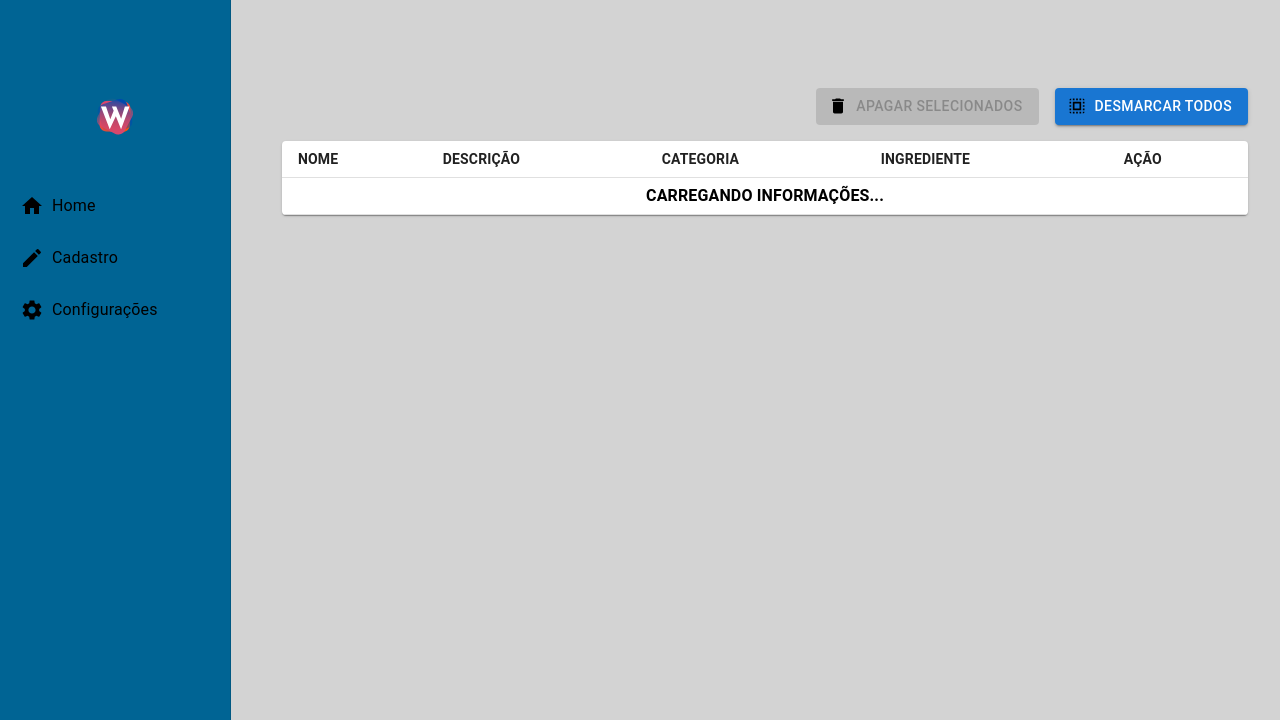
Repository: oZanella/projeto_windel_web_CRM
Page: /
The author's editor kept a copy of each file at every save. The page is drawn from the files as they stood at one save, then again after the next save.
The browser window is 1280 px wide. The pictures show the whole page.
The page's requests for data from a server got no answer. The project was rebuilt for these pictures with package versions that can differ from the ones it lists, and the page was loaded fresh each time. No one was signed in, and anything a server would have sent is missing. Also part of the build but not shown: vite.config.js, src/routes/Configuracoes.jsx. Imported but missing from the stored project, and not drawn on this page: src/routes/Cadastro.jsx.

Above is the page before, as saved 2024-08-19 09:17:23.

### index.html
<!doctype html>
<html lang="en">

<head>
  <meta charset="UTF-8" />
  <link rel="icon" type="image/svg+xml" href="./src/image/LogoWindel.svg" />
  <link rel="stylesheet" href="src/style/GlobalStyles.css" />
  <link href="https://fonts.googleapis.com/css2?family=Playfair+Display&display=swap" rel="stylesheet">

  <meta name="viewport" content="width=device-width, initial-scale=1.0" />
  <title>Projeto Teste - CRM </title>
</head>

<body>
  <div id="root"></div>
  <script type="module" src="/src/main.jsx"></script>
</body>

</html>

### src/style/GlobalStyles.css
:root {
  --click: #7fa8c4;
  --primary: #E8F1F2;
  --darkblue: #13293D;
  --secondary: #000000;
  --ligthblue: #1b98e0;
  --animation: #006494;
  --ligthkgrey: #D3D3D3;
  --blueceledron: #247ba0;
  --delete: #FF0000;
}

* {
    color: var(--secondary);
}

body {
  background-color: var(--ligthkgrey);
}

### src/main.jsx
import { createBrowserRouter, RouterProvider, Navigate } from "react-router-dom"
import { createRoot } from 'react-dom/client'
import { StrictMode } from 'react'
import { App } from './App.jsx'

import './style/GlobalStyles.css'

//páginas do projeto
import { Cadastro } from './routes/Cadastro.jsx'
import { Home } from './routes/Home.jsx'
import { Configuracoes } from './routes/configuracoes.jsx'

const router = createBrowserRouter([
  {
    element: <App />,
    children: [
      {
        path: '/',
        element: <Navigate to="/home" replace />,
      },
      {
        path: '/home',
        element: <Home />,
      },
      {
        path: '/cadastro',
        element: <Cadastro />,
      },
      {
        path: '/configuracoes',
        element: <Configuracoes />,
      },
    ],
  },
])

createRoot(document.getElementById('root')).render(
  <StrictMode>
    <RouterProvider router={router} />
  </StrictMode>,
)

### src/App.jsx
import { Header } from './components/Header'
import { Outlet } from 'react-router-dom'
import { Box } from '@mui/material'
import './style/GlobalStyles.css'

export function App() {
  return (
    <Box sx={{ p: { xs: 2, sm: 3 }, marginTop: { xs: 8, sm: 8 } }}>
      <Header />
      <Box>
        <Outlet />
      </Box>
    </Box>
  );
}

### src/routes/Home.jsx
import React, { useEffect, useState } from 'react';
import { Box, TextField, Button, Dialog, DialogActions, DialogContent, DialogTitle, Select, MenuItem, FormControl, InputLabel } from '@mui/material';

import { handleShowDetails, handleEdit, handleSave, handleInputChange } from '../components/Handle';
import { CardDados } from '../components/TableHome';

import { blogFetch } from '../axios/config';


export const Home = () => {
  const [posts, setPosts] = useState([]);
  const [selectInfo, setSelectInfo] = useState(null);
  const [modeEdit, setModeEdit] = useState(null);
  const [dataEdit, setDataEdit] = useState({});
  const [openAddDialog, setOpenAddDialog] = useState(false);
  const [newPost, setNewPost] = useState({ name: '', description: '', category: '' });

  const getPosts = async () => {
    try {
      const response = await blogFetch.get("/recipe");
      const uniqueData = response.data.filter((value, index, self) =>
        index === self.findIndex((t) => t.id === value.id)
      );
      setPosts(uniqueData); // Garante que não tenha dados duplicados
    } catch (error) {
      console.log(error);
    }
  };

  useEffect(() => {
    getPosts();
  }, []);

  const handleDelete = async (postId) => {
    try {
      await blogFetch.delete(`/recipe/${postId}`);
      setPosts(posts.filter(post => post.id !== postId));
      console.log('Post deletado com sucesso');
    } catch (error) {
      console.error('Erro ao deletar o post', error);
    }
  };

  const handleAddOpen = () => setOpenAddDialog(true);
  const handleAddClose = () => setOpenAddDialog(false);

  {/* API para envio do novo registro*/ }
  const handleAdd = async () => {
    try {
      const newPostFormatted = {
        name: newPost.name,
        description: newPost.description,
        ingredients: [],
        category: newPost.category,
        isFavorite: newPost.isFavorite
      };

      const response = await blogFetch.post("/recipe", newPostFormatted);
      setPosts([...posts, response.data]);
      setNewPost({ name: '', description: '', category: '', isFavorite: false });
      handleAddClose();
      console.log('Post adicionado com sucesso');
    } catch (error) {
      console.error('Erro ao adicionar o post', error);
    }
  };

  return (
    <Box>
      {/* Dados para Adicionar Novo Registro */}
      <Dialog open={openAddDialog} onClose={handleAddClose}>
        <DialogTitle>Adicionar Novo Registro</DialogTitle>
        <DialogContent>
          <TextField
            name="name"
            label="Nome"
            value={newPost.name}
            onChange={(e) => setNewPost({ ...newPost, name: e.target.value })}
            fullWidth
            sx={{ marginBottom: 2 }}
          />
          <TextField
            name="description"
            label="Descrição"
            value={newPost.description}
            onChange={(e) => setNewPost({ ...newPost, description: e.target.value })}
            fullWidth
            sx={{ marginBottom: 2 }}
          />
          <TextField
            name="category"
            label="Categoria"
            value={newPost.category}
            onChange={(e) => setNewPost({ ...newPost, category: e.target.value })}
            fullWidth
            sx={{ marginBottom: 2 }}
          />
          <FormControl fullWidth sx={{ marginBottom: 2 }}>
            <InputLabel>Favorito</InputLabel>
            <Select
              name="isFavorite"
              value={newPost.isFavorite}
              onChange={(e) => setNewPost({ ...newPost, isFavorite: e.target.value })}
              label="Favorito"
            >
              <MenuItem value={true}>Sim</MenuItem>
              <MenuItem value={false}>Não</MenuItem>

            </Select>
          </FormControl>
        </DialogContent>
        <DialogActions>
          <Button onClick={handleAddClose}>Cancelar</Button>
          <Button onClick={handleAdd}>Adicionar</Button>
        </DialogActions>
      </Dialog>

      <CardDados
        posts={posts}
        handleDelete={handleDelete}
        handleEdit={handleEdit}
        handleSave={handleSave}
        modeEdit={modeEdit}
        setModeEdit={setModeEdit}
        dataEdit={dataEdit}
        setDataEdit={setDataEdit}
        handleInputChange={handleInputChange}
        selectInfo={selectInfo}
        setSelectInfo={setSelectInfo}
        handleShowDetails={handleShowDetails}
      />
    </Box>
  );
};

### src/components/Header.jsx
import { AppBar, Toolbar, Typography, Box, IconButton, Drawer, List, ListItem, ListItemText } from '@mui/material';
import MenuIcon from '@mui/icons-material/Menu';
import Logo from '../image/LogoWindel.svg';
import { Link } from 'react-router-dom';
import React, { useState } from 'react';
import HomeIcon from '@mui/icons-material/Home'; // Exemplo de ícone
import EditIcon from '@mui/icons-material/Edit'; // Exemplo de ícone
import SettingsIcon from '@mui/icons-material/Settings'; // Exemplo de ícone

export const Header = () => {
  const [isDrawerOpen, setIsDrawerOpen] = useState(false);

  const toggleDrawer = (open) => () => {
    setIsDrawerOpen(open);
  };

  const menuItems = [
    { text: 'Home', link: '/home', icon: <HomeIcon /> },
    { text: 'Cadastro', link: '/cadastro', icon: <EditIcon /> },
    { text: 'Configurações', link: '/configuracoes', icon: <SettingsIcon /> },
  ];

  return (
    <>
      {/* Mobile AppBar */}
      <AppBar
        position="fixed"
        sx={{
          display: { xs: 'flex', sm: 'none' },
          width: '100%',
          boxShadow: '0px 0.01px 11px var(--secondary)',
          top: 0,
          left: 0,
          backgroundColor: 'var(--darkblue)',
        }}
      >
        <Toolbar
          sx={{
            display: 'flex',
            justifyContent: 'space-between',
          }}
        >
          <IconButton
            edge="start"
            color="inherit"
            aria-label="menu"
            onClick={toggleDrawer(true)}
          >
            <MenuIcon />
          </IconButton>
          <Typography variant="h6" sx={{ flexGrow: 1 }}>
            Cooking Cake
          </Typography>
          <IconButton
            to={`/home`}
            sx={{ cursor: 'default' }}
            component={Link}
            aria-label="logo"
          >
            <img src={Logo} alt="Logo" style={{ width: '50px', height: '40px' }} />
          </IconButton>
        </Toolbar>
      </AppBar>

      {/* Mobile Drawer */}
      <Drawer
        anchor="left"
        open={isDrawerOpen}
        onClose={toggleDrawer(false)}
        sx={{
          display: { xs: 'block', sm: 'none' },
          '& .MuiDrawer-paper': {
            width: 240,
            backgroundColor: 'var(--darkblue)',
          },
        }}
      >
        <Box sx={{ padding: 2, display: 'flex', flexDirection: 'column', alignItems: 'center' }}>
          <IconButton
            to={`/home`}
            sx={{ cursor: 'default' }}
            component={Link}
            aria-label="logo"
          >
            <img src={Logo} alt="Logo" style={{ width: '80px', height: '60px' }} />
          </IconButton>
        </Box>
        <List>
          {menuItems.map((item) => (
            <ListItem
              key={item.text}
              component={Link}
              to={item.link}
              onClick={toggleDrawer(false)}
              sx={{
                color: 'white', // Cor do texto
                '&:hover': {
                  backgroundColor: 'var(--hover-bg)', // Cor de fundo ao passar o mouse
                },
                padding: '10px 20px', // Padding personalizado
              }}
            >
              {item.icon}
              <ListItemText primary={item.text} sx={{ marginLeft: 1 }} />
            </ListItem>
          ))}
        </List>
      </Drawer>

      {/* Desktop Drawer */}
      <Drawer
        variant="permanent"
        sx={{
          display: { xs: 'none', sm: 'block' },
          '& .MuiDrawer-paper': {
            width: 230,
            backgroundColor: 'var(--animation)',
          },
        }}
        open
      >
        <Toolbar />
        <Box sx={{ padding: 2, display: 'flex', flexDirection: 'column', alignItems: 'center' }}>
          <IconButton
            to={`/home`}
            sx={{ cursor: 'default' }}
            component={Link}
            aria-label="logo"
          >
            <img src={Logo} alt="Logo" style={{ width: '80px', height: '60px' }} />
          </IconButton>
        </Box>
        <Box sx={{ overflow: 'auto' }}>
          <List>
            {menuItems.map((item) => (
              <ListItem
                key={item.text}
                component={Link}
                to={item.link}
                sx={{
                  color: 'black', // Cor do texto para o menu lateral permanente
                  '&:hover': {
                    backgroundColor: 'var(--click)', // Cor de fundo ao passar o mouse
                  },
                  padding: '10px 20px', // Padding personalizado
                }}
              >
                {item.icon}
                <ListItemText primary={item.text} sx={{ marginLeft: 1 }} />
              </ListItem>
            ))}
          </List>
        </Box>
      </Drawer>
    </>
  );
};

### src/components/Handle.jsx

import { blogFetch } from '../axios/config';


export const handleShowDetails = (post, setSelectInfo, selectInfo) => {
  if (selectInfo?.id === post.id) {
    setSelectInfo(null); // Fecha se já estiver aberto
  } else {
    setSelectInfo(post); // Abre o post atual
  }
};

export const handleEdit = (post, setModeEdit, setDataEdit) => {
  setModeEdit(post.id);
  setDataEdit(post);
};

//continua com erro, verificar!!
export const handleSave = async (postId, updateData) => {
  try {
    // Envie uma requisição PUT ou POST para salvar os dados atualizados
    const response = await blogFetch.put(`/blogFetch/posts/${postId}`, updateData);
    console.log('Dados salvos com sucesso', response.data);

  } catch (error) {
    console.error('Erro de API', error);
  }
};

export const handleInputChange = (e, setDataEdit) => {
  setDataEdit(prevDataEdit => ({ ...prevDataEdit, [e.target.name]: e.target.value }));
};

### src/components/TableHome.jsx
import React, { useState, useEffect } from 'react';
import {
  Table, TableBody, TableCell, TableContainer, TableHead, TableRow, Typography, Box, Button, IconButton, TextField, Dialog, DialogContent, DialogActions, FormControlLabel, Switch, Chip, Paper, Checkbox
} from '@mui/material';
import EditIcon from '@mui/icons-material/Edit';
import SaveIcon from '@mui/icons-material/Save';
import AddIcon from '@mui/icons-material/Add';
import CloseIcon from '@mui/icons-material/Close';
import DeleteIcon from '@mui/icons-material/Delete';
import SelectAllIcon from '@mui/icons-material/SelectAll';
import axios from 'axios';

const API_BASE_URL = 'https://teste-tecnico-front-api.up.railway.app';

export const CardDados = ({
  posts, setPosts, handleDelete
}) => {
  const [openModal, setOpenModal] = useState(false);
  const [currentPost, setCurrentPost] = useState(null);
  const [dataEdit, setDataEdit] = useState({});
  const [newIngredient, setNewIngredient] = useState('');
  const [selectedPosts, setSelectedPosts] = useState([]);

  useEffect(() => {
    if (currentPost) {
      setDataEdit({ ...currentPost });
    }
  }, [currentPost]);

  const handleEditOpen = (post) => {
    setCurrentPost(post);
    setOpenModal(true);
  };

  const handleEditClose = () => {
    setOpenModal(false);
    setCurrentPost(null);
    setNewIngredient('');
  };

  const handleSaveModal = async () => {
    if (currentPost) {
      try {
        await axios.put(`${API_BASE_URL}/posts/${currentPost.id}`, dataEdit);
        const response = await axios.get(`${API_BASE_URL}/posts`);
        setPosts(response.data);
        handleEditClose();
      } catch (error) {
        console.error('Error ao salvar:', error);
      }
    }
  };

  const handleAddIngredient = () => {
    if (newIngredient.trim() !== '') {
      setDataEdit((prevData) => ({
        ...prevData,
        ingredients: [...(prevData.ingredients || []), newIngredient.trim()],
      }));
      setNewIngredient('');
    }
  };

  const handleRemoveIngredient = (ingredientToRemove) => {
    setDataEdit((prevData) => ({
      ...prevData,
      ingredients: (prevData.ingredients || []).filter((ingredient) => ingredient !== ingredientToRemove),
    }));
  };

  const handleSelectAll = () => {
    if (selectedPosts.length === posts.length) {
      setSelectedPosts([]);
    } else {
      setSelectedPosts(posts.map(post => post.id));
    }
  };

  const handleDeleteSelected = async () => {
    try {
      await Promise.all(selectedPosts.map(id => axios.delete(`${API_BASE_URL}/posts/${id}`)));
      const response = await axios.get(`${API_BASE_URL}/posts`);
      setPosts(response.data);
      setSelectedPosts([]);
    } catch (error) {
      console.error('Error ao apagar os registros:', error);
    }
  };

  const handleSelectPost = (id) => {
    setSelectedPosts(prevSelected =>
      prevSelected.includes(id)
        ? prevSelected.filter(postId => postId !== id)
        : [...prevSelected, id]
    );
  };

  return (
    <>
      <Box sx={{ display: 'flex', justifyContent: 'flex-end', mb: 2 }}>
        <Button
          variant="contained"
          color="error"
          startIcon={<DeleteIcon />}
          onClick={handleDeleteSelected}
          disabled={selectedPosts.length === 0}
          sx={{ marginRight: 2 }}
        >
          Apagar Selecionados
        </Button>
        <Button
          variant="contained"
          color="primary"
          startIcon={<SelectAllIcon />}
          onClick={handleSelectAll}
        >
          {selectedPosts.length === posts.length ? 'Desmarcar Todos' : 'Selecionar Todos'}
        </Button>
      </Box>

      {/* Tabela aonde aparece os dados
      Dentro do TableContainer tem um calculo que é feito por conta do menu lateral*/}
      <TableContainer component={Paper} sx={{ overflowX: 'auto', width: { xs: '100%', sm: 'calc(100% - 250px)' }, ml: { sm: '250px' } }}>
        <Table size='small'>
          <TableHead>
            <TableRow>
              <TableCell sx={{ fontWeight: 'bold', textTransform: 'uppercase' }}>Nome</TableCell>
              <TableCell sx={{ fontWeight: 'bold', textTransform: 'uppercase' }}>Descrição</TableCell>
              <TableCell sx={{ fontWeight: 'bold', textTransform: 'uppercase' }}>Categoria</TableCell>
              <TableCell sx={{ fontWeight: 'bold', textTransform: 'uppercase' }}>Ingrediente</TableCell>
              <TableCell sx={{ fontWeight: 'bold', textTransform: 'uppercase' }}>Ação</TableCell>
            </TableRow>
          </TableHead>
          <TableBody>
            {posts.length === 0 ? (
              <TableRow>
                <TableCell colSpan={5} align="center">
                  <Typography variant="body1" sx={{ fontWeight: 'bold', textTransform: 'uppercase' }}>Carregando informações...</Typography>
                </TableCell>
              </TableRow>
            ) : (
              posts.map((post) => (
                <TableRow sx={{ height: 'auto' }} key={post.id}>
                  <TableCell sx={{ padding: '8px' }}>
                    {post.name}
                  </TableCell>
                  <TableCell sx={{ padding: '8px' }}>{post.description}</TableCell>
                  <TableCell sx={{ padding: '8px' }}>{post.category}</TableCell>

                  <TableCell sx={{ padding: '8px' }}>
                    <Box sx={{
                      display: 'flex',
                      flexWrap: 'wrap',
                      overflowX: 'auto',
                      gap: 1,
                      width: '100%',
                    }}>
                      {post.ingredients && post.ingredients.length > 0 ? (
                        post.ingredients.map((ingredient) => (
                          <Box
                            key={ingredient.id}
                            sx={{
                              display: 'flex',
                              flexDirection: 'column',
                              alignItems: 'flex-start',
                              marginRight: 1,
                              marginBottom: 1,
                            }}
                          >
                            <Typography variant="body1">{ingredient.name}</Typography>
                            <Typography variant="body2" color="textSecondary">
                              Quantidade: {ingredient.quantity}
                            </Typography>
                          </Box>
                        ))
                      ) : (
                        <Typography variant="body2">Nenhum ingrediente disponível</Typography>
                      )}
                    </Box>
                  </TableCell>

                  <TableCell>
                    <Box sx={{ display: 'flex', alignItems: 'center' }}>
                      <Checkbox
                        checked={selectedPosts.includes(post.id)}
                        onChange={() => handleSelectPost(post.id)}
                        color="primary"
                      />
                      <IconButton
                        color="primary"
                        onClick={() => handleEditOpen(post)}
                        sx={{ mr: 1 }}
                      >
                        <EditIcon />
                      </IconButton>
                      <IconButton
                        color="error"
                        onClick={() => handleDelete(post.id)}
                      >
                        <DeleteIcon />
                      </IconButton>
                    </Box>
                  </TableCell>
                </TableRow>
              ))
            )}
          </TableBody>
        </Table>
      </TableContainer>

      {/* Modal de edição */}
      <Dialog open={openModal} onClose={handleEditClose} fullWidth maxWidth="sm">
        <DialogContent>
          {currentPost && (
            <Box component="form" sx={{ display: 'flex', flexDirection: 'column', gap: 2 }}>
              <TextField
                name="name"
                label="Nome"
                value={dataEdit.name || ''}
                onChange={(e) => setDataEdit({ ...dataEdit, name: e.target.value })}
                fullWidth
                sx={{ marginBottom: 2 }}
              />
              <TextField
                name="description"
                label="Descrição"
                value={dataEdit.description || ''}
                onChange={(e) => setDataEdit({ ...dataEdit, description: e.target.value })}
                fullWidth
                sx={{ marginBottom: 2 }}
              />
              <TextField
                name="category"
                label="Categoria"
                value={dataEdit.category || ''}
                onChange={(e) => setDataEdit({ ...dataEdit, category: e.target.value })}
                fullWidth
                sx={{ marginBottom: 2 }}
              />
              <FormControlLabel
                control={
                  <Switch
                    checked={dataEdit.isFavorite || false}
                    onChange={(e) => setDataEdit({ ...dataEdit, isFavorite: e.target.checked })}
                    color="primary"
                  />
                }
                label="Favorito"
              />
              <Box sx={{ display: 'flex', gap: 2 }}>
                <TextField
                  label="Novo Ingrediente"
                  value={newIngredient}
                  onChange={(e) => setNewIngredient(e.target.value)}
                  fullWidth
                  sx={{ marginBottom: 2 }}
                />
                <IconButton
                  color="primary"
                  onClick={handleAddIngredient}
                  disabled={!newIngredient.trim()}
                  sx={{ marginBottom: 2 }}
                >
                  <AddIcon />
                </IconButton>
              </Box>

              {dataEdit.ingredients && dataEdit.ingredients.length > 0 && (
                <Box sx={{ display: 'flex', flexWrap: 'wrap', gap: 1 }}>
                  {dataEdit.ingredients.map((ingredient, index) => (
                    <Chip
                      key={index}
                      label={ingredient}
                      onDelete={() => handleRemoveIngredient(ingredient)}
                      sx={{ marginBottom: 2 }}
                    />
                  ))}
                </Box>
              )}
            </Box>
          )}
        </DialogContent>
        <DialogActions>
          <Button onClick={handleEditClose} color="secondary" startIcon={<CloseIcon />}>
            Cancelar
          </Button>
          <Button onClick={handleSaveModal} color="primary" startIcon={<SaveIcon />}>
            Salvar
          </Button>
        </DialogActions>
      </Dialog>
    </>
  );
};

### src/axios/config.jsx
// src/axios/config.js
import axios from 'axios';

export const blogFetch = axios.create({
  baseURL: 'https://teste-tecnico-front-api.up.railway.app',
  headers: {
    'Content-Type': 'application/json',
  },
});

After the next save:
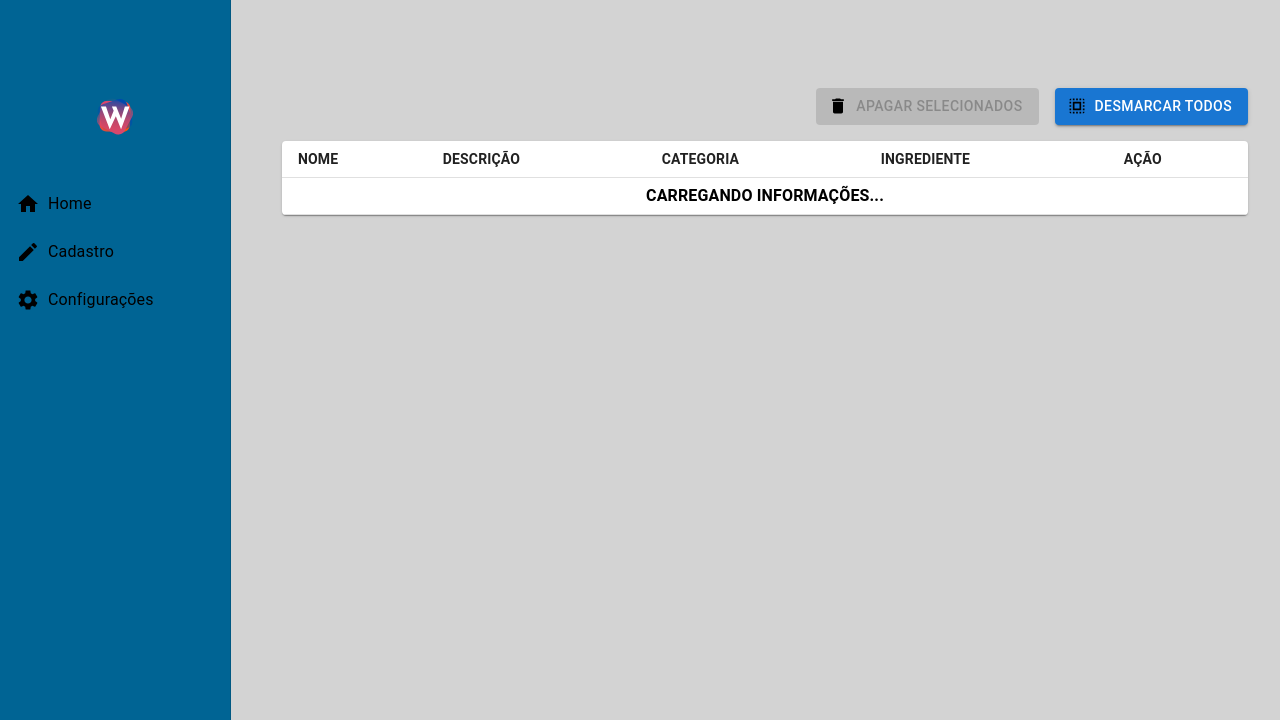
Saved 11 s later.
--- a/src/components/Header.jsx
+++ b/src/components/Header.jsx
@@ -142,7 +142,7 @@ export const Header = () => {
                   '&:hover': {
                     backgroundColor: 'var(--click)', // Cor de fundo ao passar o mouse
                   },
-                  padding: '10px 20px', // Padding personalizado
+
                 }}
               >
                 {item.icon}
